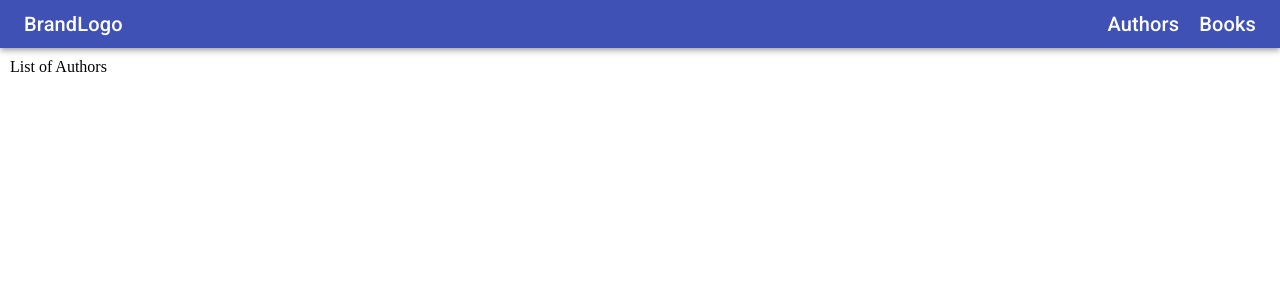
Repository: Sociophuck/00007494
Page: /authors (app in front/)
The author's editor kept a copy of each file at every save. The page is drawn from the files as they stood at one save, then again after a run of saves.
The browser window is 1280 px wide. The pictures show the whole page.
The project was rebuilt for these pictures with package versions that can differ from the ones it lists, and the page was loaded fresh each time. Also part of the build but not shown: front/src/Book.js, front/src/Home.js.

Above is the page before, as saved 2021-04-04 11:09:47.

### front/src/index.css
body {
  margin: 0;
}

.header-links {
  display: flex;
}
.header-links > a {
  margin-left: 20px;
  text-decoration: none;
  color: white;
}
.header-links > a:hover {
  color: lightblue;
}

.link {
  text-decoration: none;
  color: white;
}

.body {
  padding: 10px;
}

### front/src/App.js
import Author from "./Author";
import "./App.css";
import { BrowserRouter as Router, Route, Switch } from "react-router-dom";
import Book from "./Book";
import Home from "./Home";
import NavBar from "./NavBar";

function App() {
  return (
    <Router>
      <div className="App">
        <NavBar />
        <div className="mainBody">
          <Switch>
            <Route exact path="/">
              <Home />
            </Route>
            <Route path="/authors">
              <Author />
            </Route>
            <Route path="/books">
              <Book />
            </Route>
          </Switch>
        </div>
      </div>
    </Router>
  );
}

export default App;

### front/src/Author.js
function Author() {
  return <div>List of Authors</div>;
}

export default Author;

### front/src/App.css
.mainBody {
  padding: 10px;
}

### front/src/NavBar.js
import { Link } from "react-router-dom";
import React from "react";
import { makeStyles } from "@material-ui/core/styles";
import AppBar from "@material-ui/core/AppBar";
import Toolbar from "@material-ui/core/Toolbar";
import Typography from "@material-ui/core/Typography";

const useStyles = makeStyles((theme) => ({
  root: {
    flexGrow: 1,
    color: "",
  },
  logo: {
    flexGrow: 1,
  },
}));

function NavBar() {
  const classes = useStyles();

  return (
    <div className={classes.root}>
      <AppBar position="static">
        <Toolbar variant="dense">
          <Typography className={classes.logo} variant="h6">
            <Link to="/" className="link">
              BrandLogo
            </Link>
          </Typography>

          <div className="header-links">
            <Link to="/authors">
              <Typography variant="h6" color="inherit">
                Authors
              </Typography>
            </Link>
            <Link to="/books">
              <Typography variant="h6" color="inherit">
                Books
              </Typography>
            </Link>
          </div>
        </Toolbar>
      </AppBar>
    </div>
  );
}

export default NavBar;

Loaded but not shown: front/public/index.html (common file); front/src/index.js (common file)

After the next 5 saves:
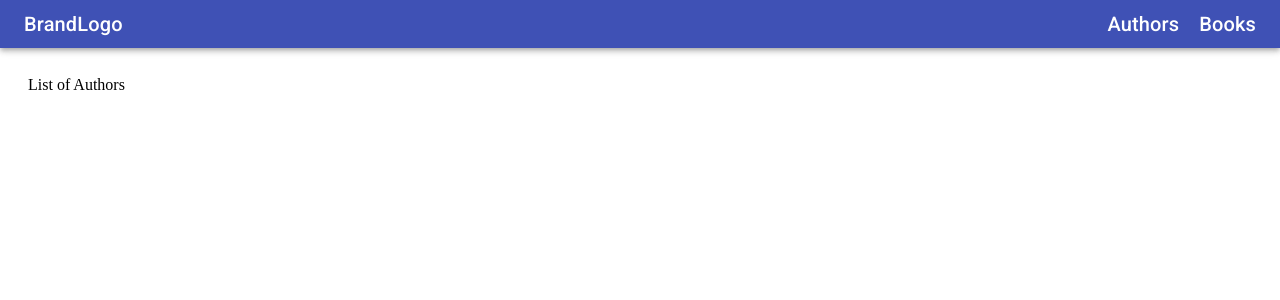
The 5 saves are shown as one change because they came seconds apart.
The last was saved 16 s later.
--- a/front/src/App.css
+++ b/front/src/App.css
@@ -1,3 +1,3 @@
 .mainBody {
-  padding: 10px;
+  padding: 28px;
 }
